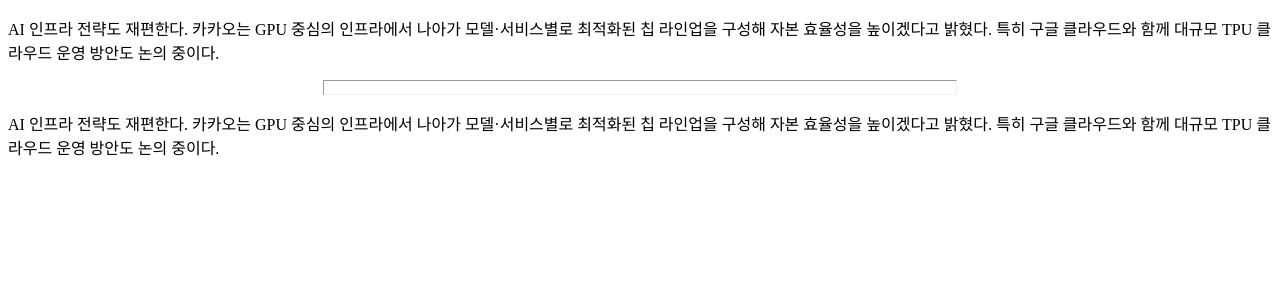
Repository: kmd192kmd/Web
Page: html/HtmlTest/src/main/webapp/ex08_hr.html
An editor plug-in stored every save of this project. The page is shown before and after the next save, followed by the edit.
The browser window is 1280 px wide. The pictures show the whole page.

Above is the page before, as saved 2026-02-13 00:45:53.

After the next save:
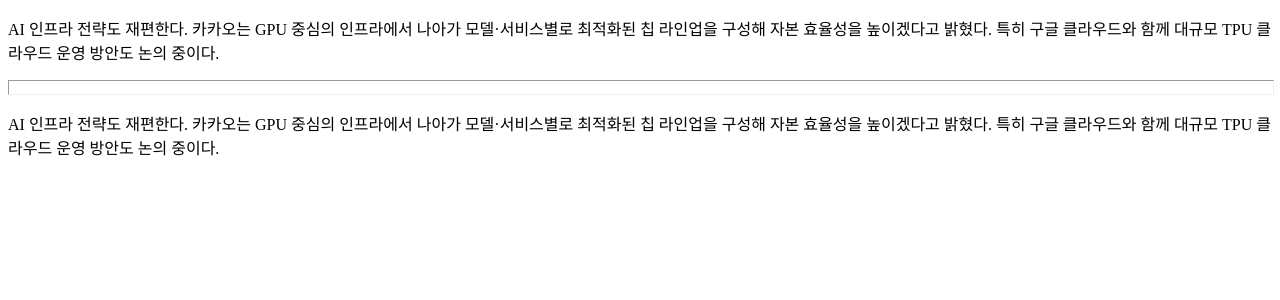
Saved 50 s later.
--- a/html/HtmlTest/src/main/webapp/ex08_hr.html
+++ b/html/HtmlTest/src/main/webapp/ex08_hr.html
@@ -31,7 +31,7 @@
 	 <p>AI 인프라 전략도 재편한다. 카카오는 GPU 중심의 인프라에서 나아가 모델·서비스별로 최적화된 칩 라인업을 구성해 자본 효율성을 높이겠다고 밝혔다. 특히 구글 클라우드와 함께
 	대규모 TPU 클라우드 운영 방안도 논의 중이다.</p>
 
-	<hr size="15" width="50%">
+	<hr size="15" width="100%">
 
 	<p>AI 인프라 전략도 재편한다. 카카오는 GPU 중심의 인프라에서 나아가 모델·서비스별로 최적화된 칩 라인업을 구성해 자본 효율성을 높이겠다고 밝혔다. 특히 구글 클라우드와 함께
 	대규모 TPU 클라우드 운영 방안도 논의 중이다.</p>
